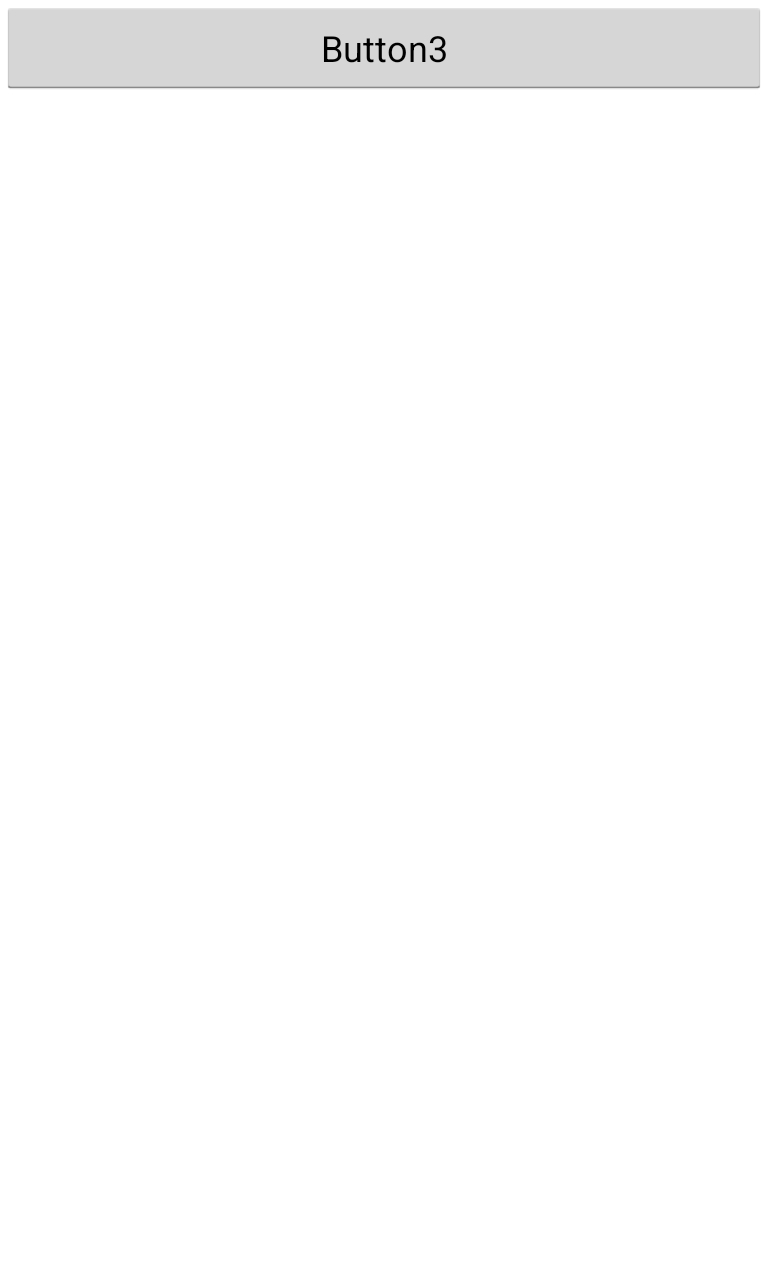
Repository: GUNDAMR/firstcode_android
Layout: C2ActivityTest/res/layout/third_layout.xml
An editor plug-in stored every save of this project. The layout is shown before and after the next save, followed by the edit.
It is drawn on a 768 x 1280 px phone screen (xhdpi) without system bars, with theme AppTheme; the app's code is not run.

Above is the layout before, as saved 2014-12-09 09:45:06.

### C2ActivityTest/res/layout/third_layout.xml
<?xml version="1.0" encoding="utf-8"?>
<LinearLayout xmlns:android="http://schemas.android.com/apk/res/android"
    android:layout_width="match_parent"
    android:layout_height="match_parent"
    android:orientation="vertical" >

    <Button
        android:id="@+id/btn_first"
        android:layout_width="match_parent"
        android:layout_height="wrap_content"
        android:text="Button3" />

</LinearLayout>

Loaded but not shown: C2ActivityTest/res/values/styles.xml (common file); C2ActivityTest/res/values-v11/styles.xml (common file); C2ActivityTest/res/values-v14/styles.xml (common file)

After the next save:
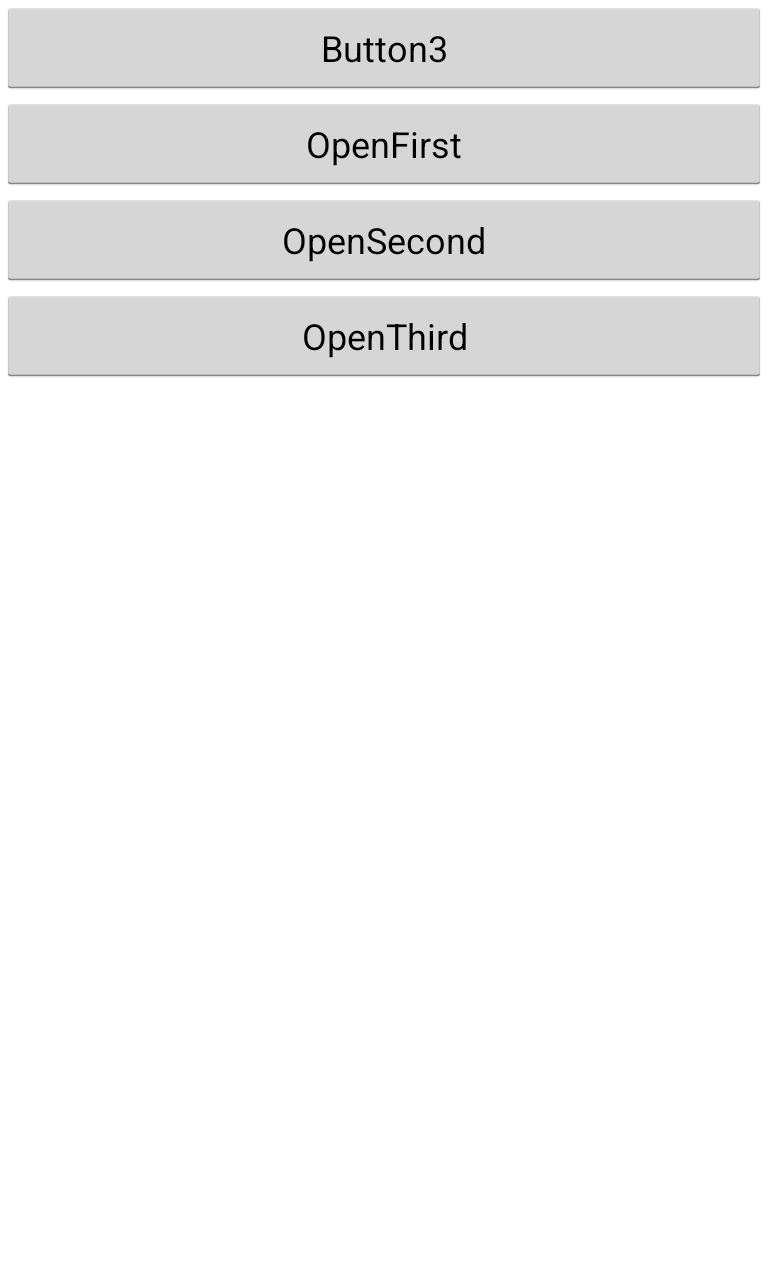
Saved 37 s later.
--- a/C2ActivityTest/res/layout/third_layout.xml
+++ b/C2ActivityTest/res/layout/third_layout.xml
@@ -1,13 +1,32 @@
 <?xml version="1.0" encoding="utf-8"?>
 <LinearLayout xmlns:android="http://schemas.android.com/apk/res/android"
+    android:id="@+id/btn_first"
     android:layout_width="match_parent"
     android:layout_height="match_parent"
     android:orientation="vertical" >
 
     <Button
-        android:id="@+id/btn_first"
+        android:id="@+id/button3"
         android:layout_width="match_parent"
         android:layout_height="wrap_content"
         android:text="Button3" />
 
+    <Button
+        android:id="@+id/btn_first"
+        android:layout_width="match_parent"
+        android:layout_height="wrap_content"
+        android:text="OpenFirst" />
+
+    <Button
+        android:id="@+id/btn_second"
+        android:layout_width="match_parent"
+        android:layout_height="wrap_content"
+        android:text="OpenSecond" />
+
+    <Button
+        android:id="@+id/btn_third"
+        android:layout_width="match_parent"
+        android:layout_height="wrap_content"
+        android:text="OpenThird" />
+
 </LinearLayout>
